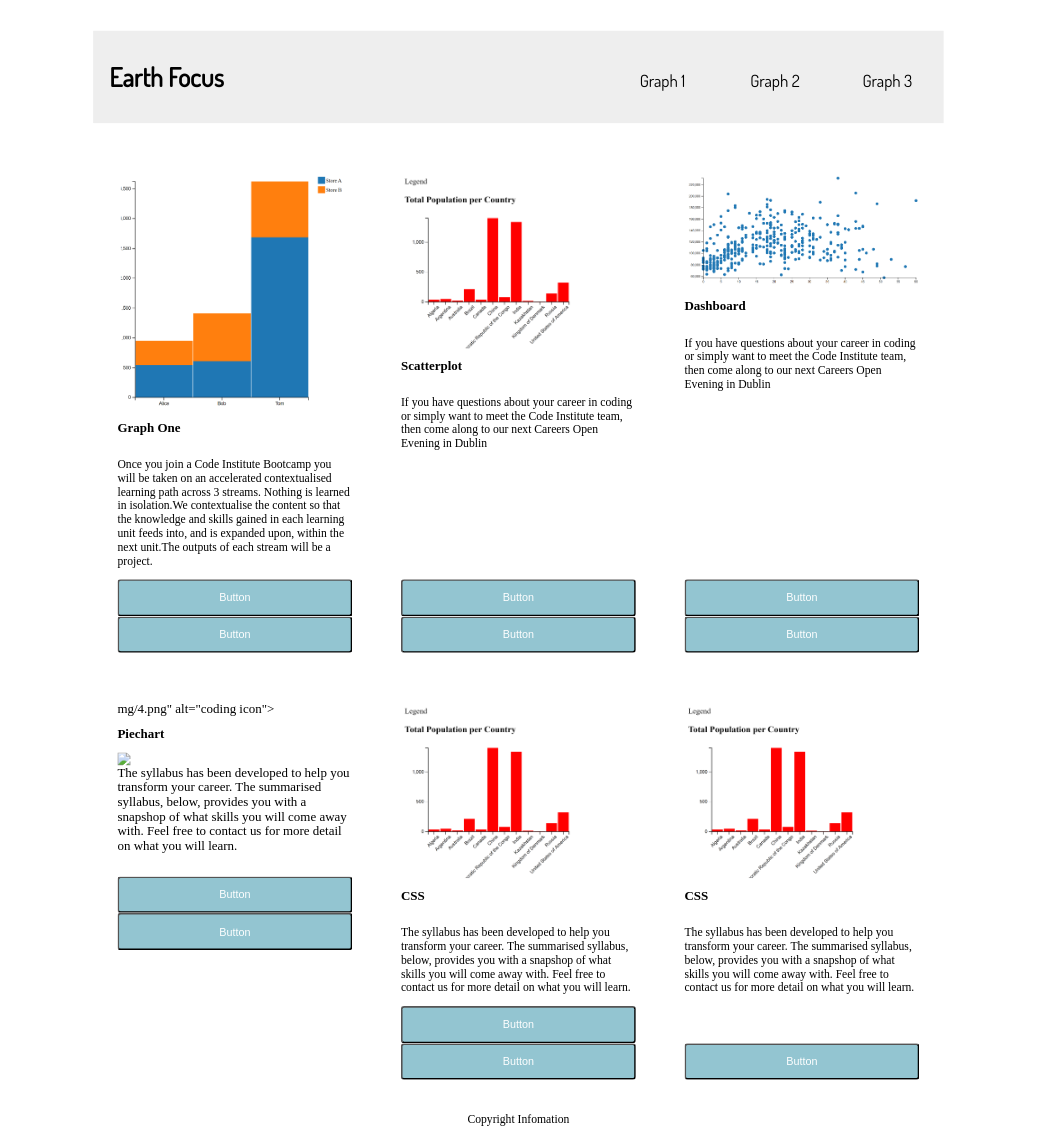
Repository: Code-Institute-Submissions/SOliv1-milestone2_NovResub
Page: index.html
The author's editor kept a record of every edit. The page is drawn from the files as they stood at one moment, then again after the next edit.
The browser window is 1280 px wide. The pictures show the whole page, at 81% of full size.
Some web libraries are served in a nearby version.

Above is the page before.

After the next edit:
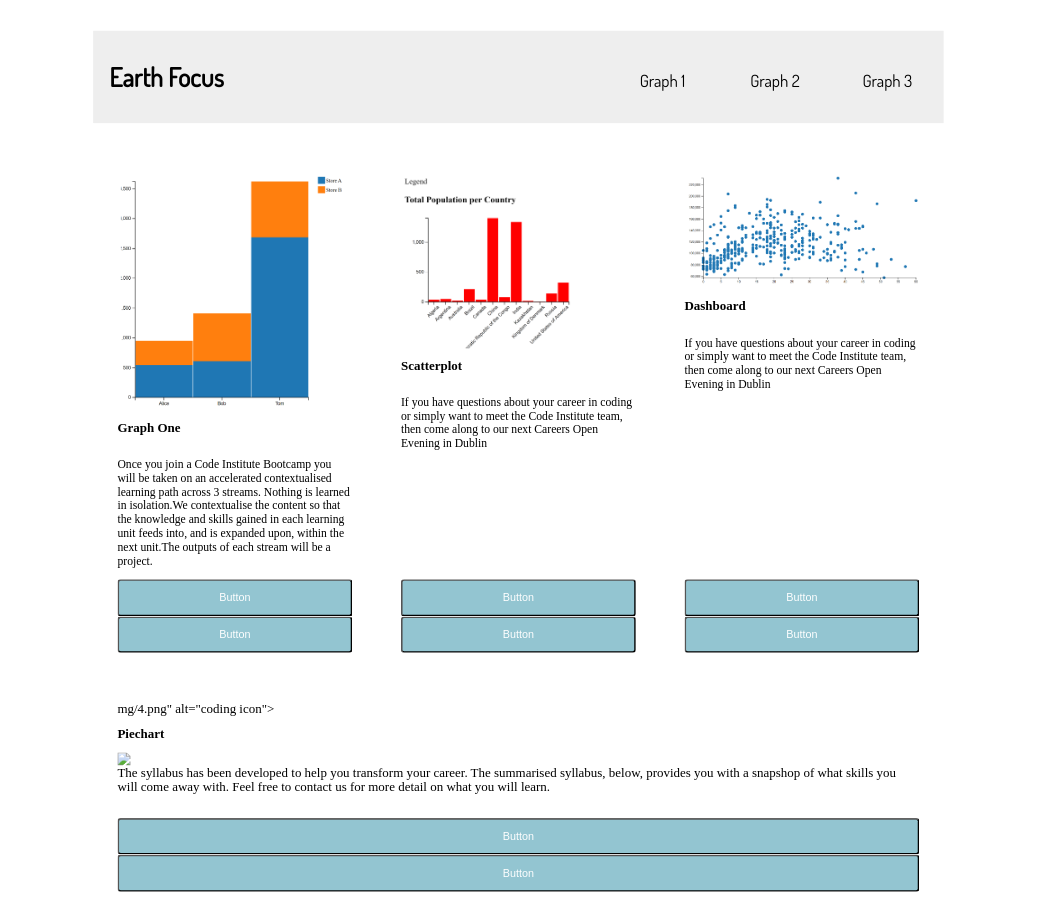
The edit:
--- a/index.html
+++ b/index.html
@@ -50,23 +50,6 @@
             <button class="bottom_button">Button</>
              <button id="button_effects4" class="bottom_button">Button</button>
         </div>
-        <div class="card graph1">
-            <img class="card_image" src="img/1.png" alt="coding icon">
-            <h2 class="card_head">CSS</h2>
-            <p class="card_para">The syllabus has been developed to help you transform your career. The summarised syllabus, below, provides you with a snapshop of what skills you will come away with. Feel free to contact us for more detail on what you will learn.</p>
-            <button class="bottom_button">Button</>
-            <button id="button_effects5" class="bottom_button">Button</button>
-        </div>
-		<div class="card graph1">
-			<img class="card_image" src="img/1.png" alt="coding icon">
-			<h2 class="card_head">CSS</h2>
-			<p id="par6" class="card_para">The syllabus has been developed to help you transform your career. The summarised syllabus, below, provides you with a snapshop of what skills you will come away with. Feel free to contact us for more detail on what you will learn.</p>
-			<button id="button_effects6" class="bottom_button">Button</button>
-		</div>
-        <div id="my_footer">
-            <p id="copyright">Copyright Infomation</p>
-        </div>
-    </div>
     <script src="https://code.jquery.com/jquery-3.2.1.js" integrity="sha256-DZAnKJ/6XZ9si04Hgrsxu/8s717jcIzLy3oi35EouyE=" crossorigin="anonymous"></script>
     <script src="script.js"></script>
     <!-- Scripts located at the bottom of the body to insure page is fully loaded before execution -->
